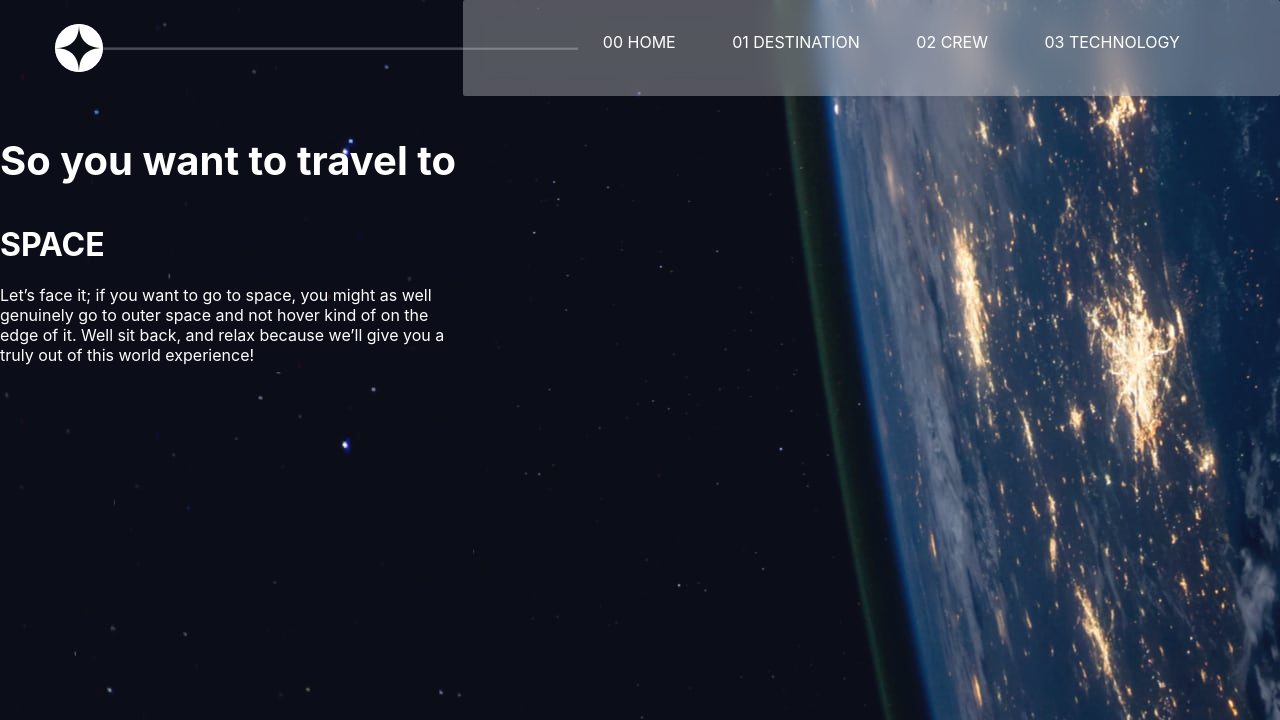
Repository: jhonenmanuel1/FrontEndMentor-MultiPageSpace
Page: /
An editor plug-in stored every save of this project. The page is shown before and after the next save, followed by the edit.
The browser window is 1280 px wide. The pictures show the whole page.
The project was rebuilt for these pictures with package versions that can differ from the ones it lists, and the page was loaded fresh each time.

Above is the page before, as saved 2022-06-21 16:31:19.

### src/App.js
import './App.css';
import HeaderView from './components/header';
import HomeView from './views/home';


function App() {
  return (
    <div className="App">
      <HeaderView/>
      <HomeView/>

    </div>
  );
}

export default App;

### src/App.css
body{
    background-image: url("../src/components/Images/home/background-home-desktop.jpg");
    background-color: #cccccc;


}

### src/components/header.js
import styles from "../styles/header.module.css"

const HeaderView = ()=>{

    return(
        <div className={styles.wraper}>
            <div className={styles.headerLogo}>
            <svg xmlns="http://www.w3.org/2000/svg" width="48" height="48"><g fill="none" fill-rule="evenodd"><circle cx="24" cy="24" r="24" fill="#FFF"/><path fill="#0B0D17" d="M24 0c0 16-8 24-24 24 15.718.114 23.718 8.114 24 24 0-16 8-24 24-24-16 0-24-8-24-24z"/></g></svg>
            </div>
            <div className={styles.headerLine}>
                <hr />
            </div>
            <div className={styles.headerMenu}>
                 <ul>
                    <li> 00 HOME</li>
                    <li> 01 DESTINATION </li>
                    <li> 02 CREW </li>
                    <li className={styles.lastList}> 03 TECHNOLOGY</li>

                </ul>
            </div>

        </div>
    )
}
export default HeaderView;

### src/views/home.js
import React from "react";
import styles from "../styles/homeview.module.css"

export default function HomeView(){
    return<>
        <div className={styles.homeSpaceTarget}>
            <div>
                <h3 className={styles.homeSpaceTargeth3}>So you want to travel to</h3>
                <h1>SPACE </h1>
                <p>Let’s face it; if you want to go to space, you might as well genuinely go to outer space and not hover kind of on the edge of it. Well sit back, and relax because we’ll give you a truly out of this world experience!</p>
            </div>
        </div>
    </>
}

### src/styles/header.module.css
.wraper {
    display: flex;
    justify-content: space-between;


    background-position: center center;
    background-repeat: no-repeat;
    background-size: cover


}
.headerLogo{
    display: flex;
    justify-content: center;
    align-items: center;


}
.headerLogo svg {
    background-color: aliceblue;
    border-radius: 100%;
    height: 48px;
    width: 48px;
    margin-left: 55px;
}

.headerMenu{
    background-color: rgba(255, 255, 255, 0.3);
    border-radius: 2px;
    text-align: center;
    backdrop-filter: blur(12px);
    -webkit-backdrop-filter: blur(10px);
    width: 830px;
    height: 96px;



}

.headerMenu ul {
    display: flex;
    justify-content:  space-between;
    align-items: center;
    padding-right: 100px;
    margin-left: 100px;
    margin-top: 32px;
    color: white;


}
.headerMenu ul li {
    text-decoration: none;
    list-style: none;

}

.headerLogo{
    color: white;

}
.headerLine {
    display: flex;
    justify-content: center;
    align-items: center;
    margin-right: -9%;
    z-index: 1;

}
.headerLine hr {
    height: 1px;
    background-color: white;
    color: white;
    width: 473px;
    opacity:  25.15%;

}

### src/styles/homeview.module.css
body{
    color: white;
}
.homeSpaceTarget{
    max-width: 461.76px;
    display: flex;
    justify-content: center;
    align-items: center;
}

.homeSpaceTargeth3 {
    font-weight: 0;
    font-size: 40px;
}
.homeSpaceTarget  h1{
    font-weight: 0;
}

Loaded but not shown: public/index.html (common file); src/index.js (common file); src/index.css (common file); src/reportWebVitals.js (common file)

After the next save:
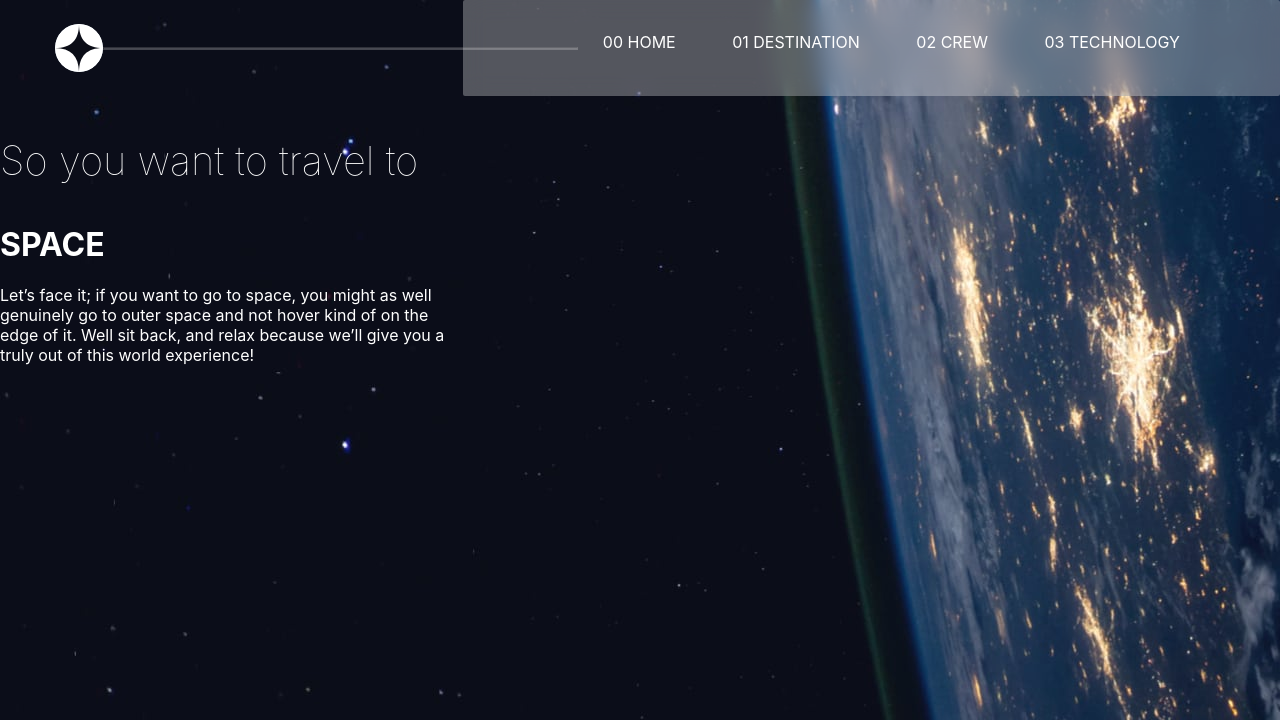
Saved 9 s later.
--- a/src/styles/homeview.module.css
+++ b/src/styles/homeview.module.css
@@ -9,7 +9,7 @@ body{
 }
 
 .homeSpaceTargeth3 {
-    font-weight: 0;
+    font-weight: 1;
     font-size: 40px;
 }
 .homeSpaceTarget  h1{
